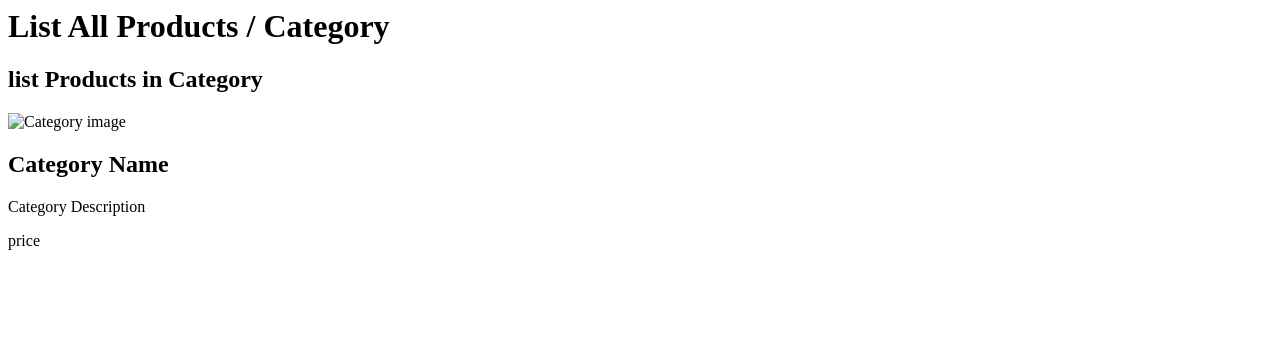
Repository: mealeaseng/SA_Project
Page: Admin/admin/src/Components/product/product.html
These files come from the project's save history. The page is drawn as it stood at one moment and after the next save; the edit follows.
The browser window is 1280 px wide. The pictures show the whole page.

Above is the page before, as saved 2025-11-07 12:38:23.

After the next save:
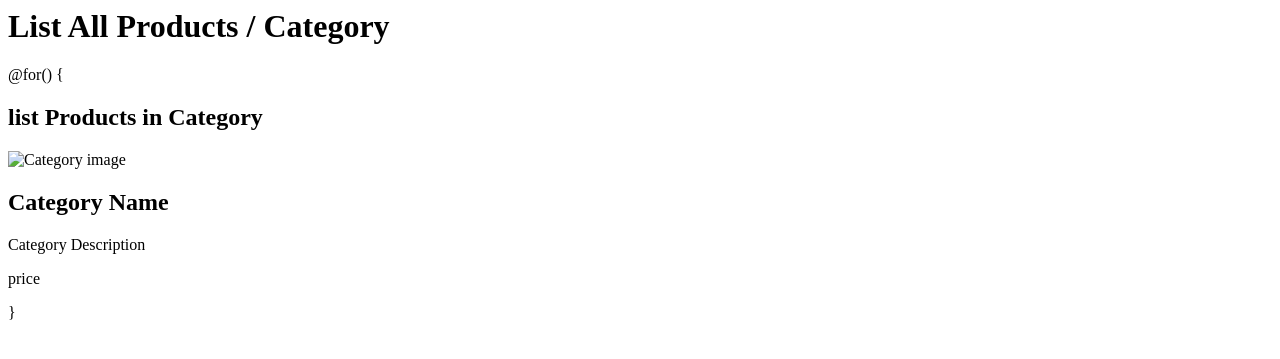
Saved 31 s later.
--- a/Admin/admin/src/Components/product/product.html
+++ b/Admin/admin/src/Components/product/product.html
@@ -2,6 +2,7 @@
   <h1>List All Products / Category</h1>
 </div>
 
+@for() {
 <div>
   <h2>list Products in Category</h2>
   <img src="" alt="Category image" />
@@ -9,3 +10,4 @@
   <p>Category Description</p>
   <p>price</p>
 </div>
+}
